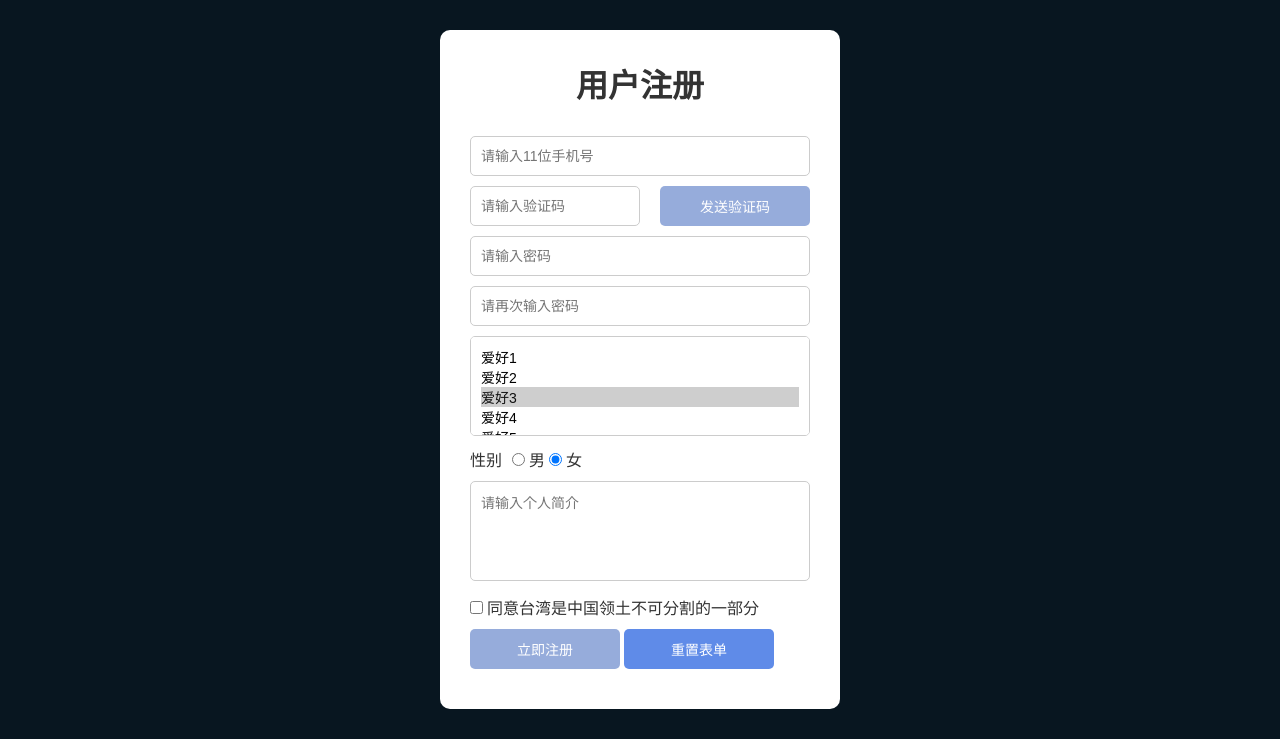
Repository: taoxiaofeng/hello-javascript
Page: master-class/index.html
The author's editor kept a copy of each file at every save. The page is drawn from the files as they stood at one save, then again after the next save.
The browser window is 1280 px wide. The pictures show the whole page.

Above is the page before, as saved 2024-07-23 22:59:38.

### master-class/index.html
<!DOCTYPE html>
<html lang="en">

<head>
  <meta charset="UTF-8">
  <meta name="viewport" content="width=device-width, initial-scale=1.0">
  <title>用户注册</title>
  <link rel="stylesheet" href="./css/index.css">
</head>

<body>
  <form action="" class="container">
    <h1>用户注册</h1>
    <div class="form-item">
      <input class="txt"  type="text" placeholder="请输入11位手机号" >
    </div>
    <div class="form-item clearfix captcha">
      <input class="txt left"  type="text" placeholder="请输入验证码" >
      <button type="button" class="right" disabled>发送验证码</button>
    </div>

    <div class="form-item">
      <input class="txt"  type="password" placeholder="请输入密码" >
    </div>
    <div class="form-item">
      <input class="txt"  type="password" placeholder="请再次输入密码" >
    </div>

    <div class="form-item">
      <select multiple="multiple" class="txt">
        <option value="爱好1">爱好1</option>
        <option value="爱好2">爱好2</option>
        <option value="爱好3" selected="selected">爱好3</option>
        <option value="爱好4">爱好4</option>
        <option value="爱好5">爱好5</option>
        <option value="爱好6">爱好6</option>
        <option value="爱好7">爱好7</option>
        <option value="爱好8">爱好8</option>
        <option value="爱好9">爱好9</option>
        <option value="爱好10">爱好10</option>
      </select>
    </div>
    <div class="form-item clearfix">
      <div class="title left">性别</div>
      <div class="left">
        <label>
          <input  type="radio" name="sex" id="male" />
          <span>男</span>
        </label>
        <Label>
          <input  type="radio" name="sex" checked>
          <span>女</span>
        </Label>
      </div>
      <div></div>
    </div>

    <div class="form-item">
      <textarea class="txt" cols="50" rows="5" placeholder="请输入个人简介"></textarea>
    </div>

    <div class="form-item">
      <label>
        <input type="checkbox" />
        <span>同意台湾是中国领土不可分割的一部分</span>
      </label>
    </div>

    <div class="form-item">
      <button disabled>立即注册</button>
      <button type="reset">重置表单</button>
    </div>


  </form>
</body>

</html>

### master-class/css/index.css
* {
  margin: 0;
  padding: 0;
  box-sizing: border-box;
}

html {
  color: #333;
  background: #081620;
}

.container {
  background: #fff;
  width: 400px;
  margin: 30px auto;
  border-radius: 10px;
  padding: 30px;
}

.container h1 {
  /* 元素内部的文字居中 */
  text-align: center;
  margin-bottom: 30px;
}

.form-item {
  margin-bottom: 10px;
}

/* 搞定文本框的统一样式 */
.txt {
  outline: none;
  border: 1px solid #ccc;
  width: 100%;
  height: 40px;
  border-radius: 5px;
  font-size: 14px;
  padding: 0 10px;
  /* text-indent: 10px; */
}

/* 元素聚焦的样式 */
.txt:focus {
  border-color: #5f8be8;
}

/* 单独设置select的样式*/
select.txt {
  height: 100px;
  padding: 10px;
}

textarea.txt {
  height: 100px;
  padding: 10px;
  /*设置多行文本框是否可以被用户改变尺寸*/
  resize: none;
}

/* 按钮统一样式 */
button{
  height: 40px;
  width: 150px;
  border: none;
  outline: none;
  background: #5f8be8;
  color: #fff;
  font-size: 14px;
  border-radius: 5px;
  cursor: pointer;
}

button:hover {
  background: #759ae9;
}

/*选中禁用状态的按钮*/
button:disabled {
  background: #96acdb;
  cursor: not-allowed;
}

/*统一处理浮动*/
 .left {
  float: left;
 }

 .right {
  float: right;
 }

 .clearfix::after {
  content: '';
  display: block;
  clear: both;
 }

 /* 处理特殊样式 */
 .captcha .txt {
  width: 170px;
 }

 .title {
  margin-right: 10px;
}

.policy {
  font-size: 12px;
}

After the next save:
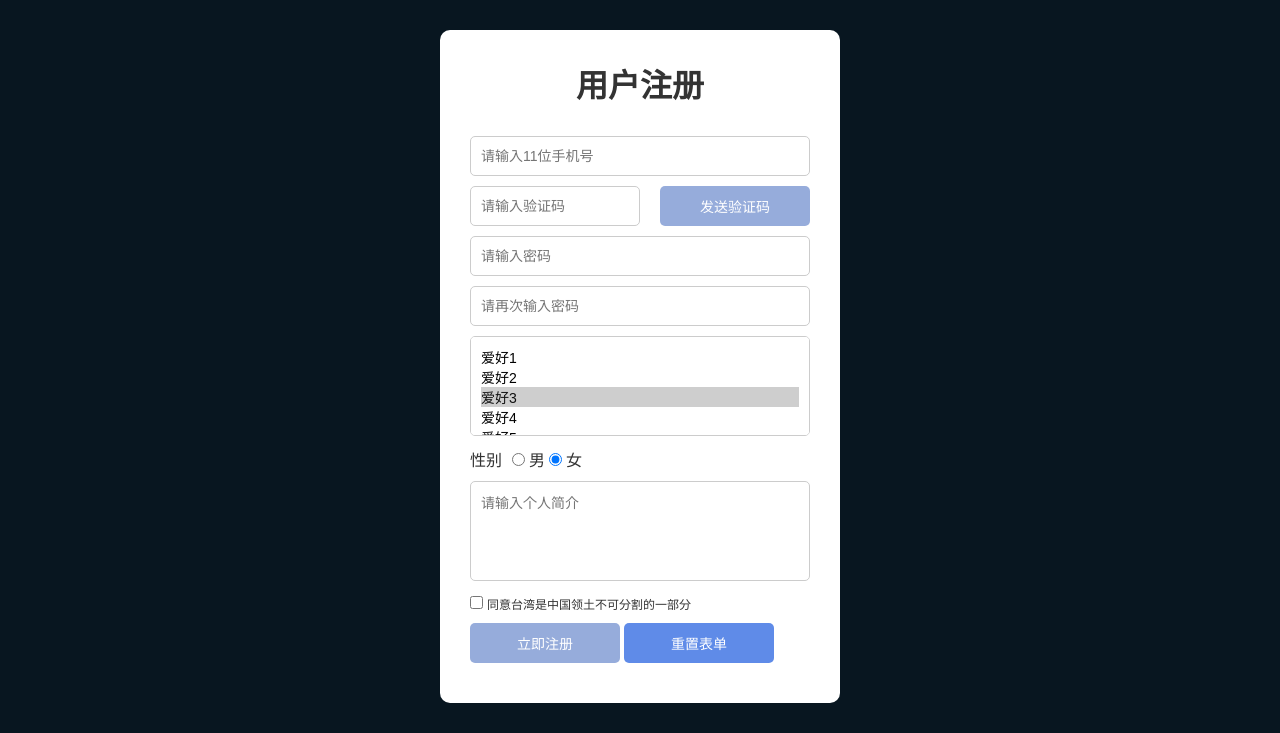
Saved 32 s later.
--- a/master-class/index.html
+++ b/master-class/index.html
@@ -62,7 +62,7 @@
     <div class="form-item">
       <label>
         <input type="checkbox" />
-        <span>同意台湾是中国领土不可分割的一部分</span>
+        <span class="policy">同意台湾是中国领土不可分割的一部分</span>
       </label>
     </div>
 
